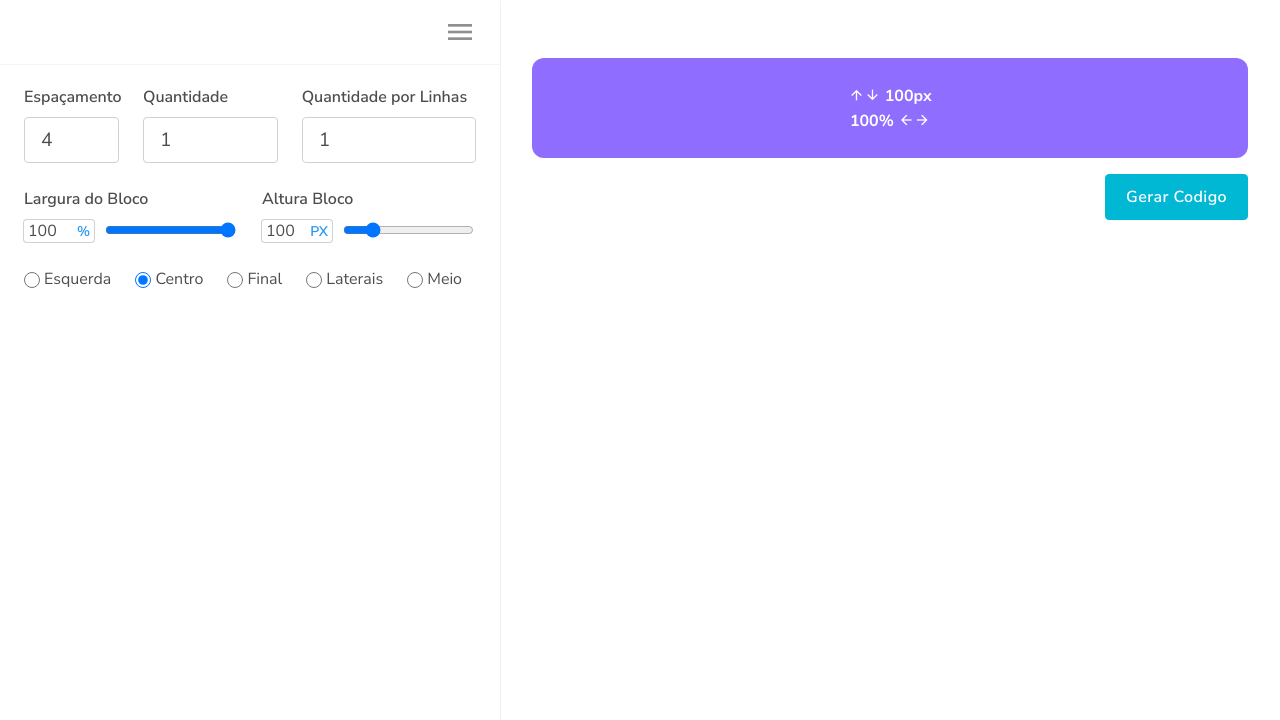
Repository: Flintdl/lowcode-elements
Page: /
The author's editor kept a copy of each file at every save. The page is drawn from the files as they stood at one save, then again after the next save.
The browser window is 1280 px wide. The pictures show the whole page.
The project was rebuilt for these pictures with package versions that can differ from the ones it lists, and the page was loaded fresh each time. Also part of the build but not shown: vue.config.js.

Above is the page before, as saved 2022-04-05 13:41:10.

After the next save:
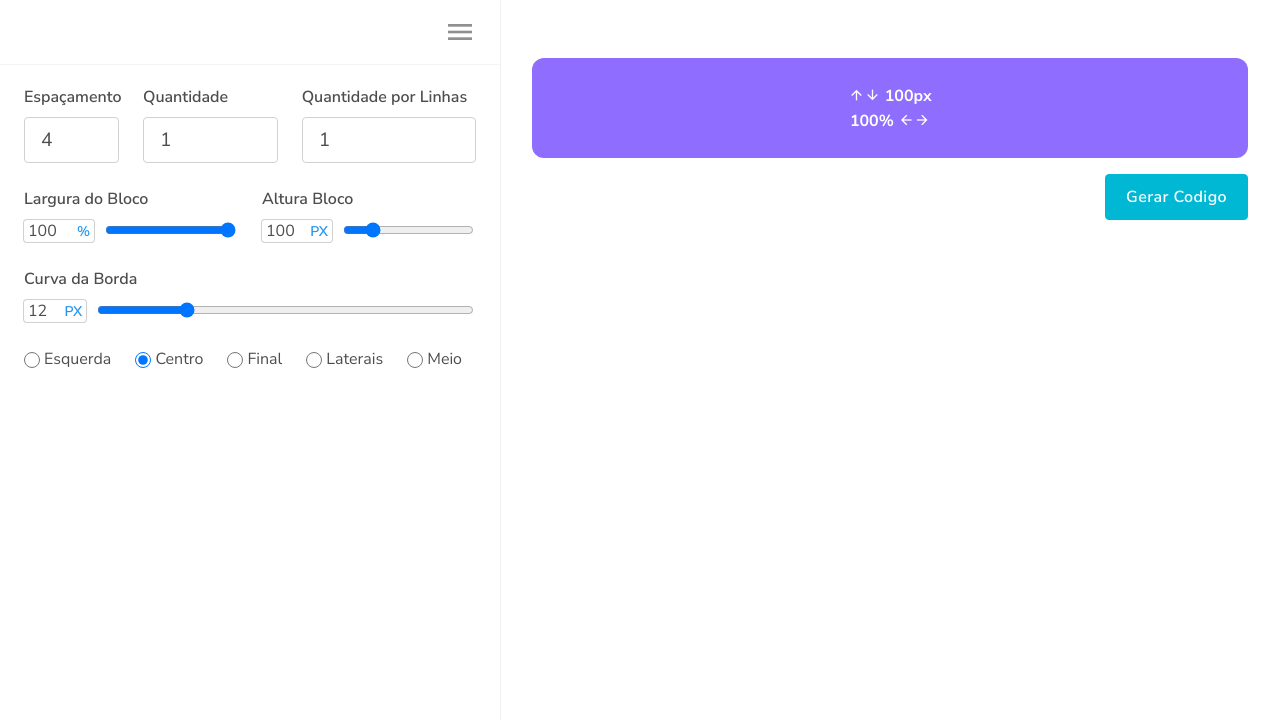
Saved 32 s later.
--- a/src/components/Menu/MenuTemplate.vue
+++ b/src/components/Menu/MenuTemplate.vue
@@ -41,6 +41,10 @@
                 :valorInput="valorHeight"
                 v-on:callback="getValorAlturaBloco"
               />
+              <InputBorderRadiusBloco
+                :valorInput="inputBorderRadius"
+                v-on:callback="getValorRadiusBloco"
+              />
             </div>
             <InputPosicaoBloco
               :valorInput="checkValue"
@@ -72,6 +76,7 @@ import InputQuantidadeTemplate from "@/components/templates/InputQuantidadeTempl
 import InputQuantLinhasTemplate from "@/components/templates/InputQuantLinhasTemplate.vue";
 import InputLarguraBloco from "@/components/templates/InputLarguraBloco.vue";
 import InputAlturaBloco from "@/components/templates/InputAlturaBloco.vue";
+import InputBorderRadiusBloco from "@/components/templates/InputBorderRadiusBloco.vue";
 import InputPosicaoBloco from "@/components/templates/InputPosicaoBloco.vue";
 import image from "@/assets/logo-soften.webp";
 
@@ -97,6 +102,7 @@ export default {
     InputLarguraBloco,
     InputAlturaBloco,
     InputPosicaoBloco,
+    InputBorderRadiusBloco,
   },
   beforeMount() {
     if (window.innerWidth >= 768) {
@@ -150,6 +156,9 @@ export default {
     getValorAlturaBloco(valor) {
       this.valorHeight = valor;
     },
+    getValorRadiusBloco(valor) {
+      this.inputBorderRadius = valor;
+    },
     getValorPosicaoBloco(valor) {
       this.checkValue = valor;
     },
